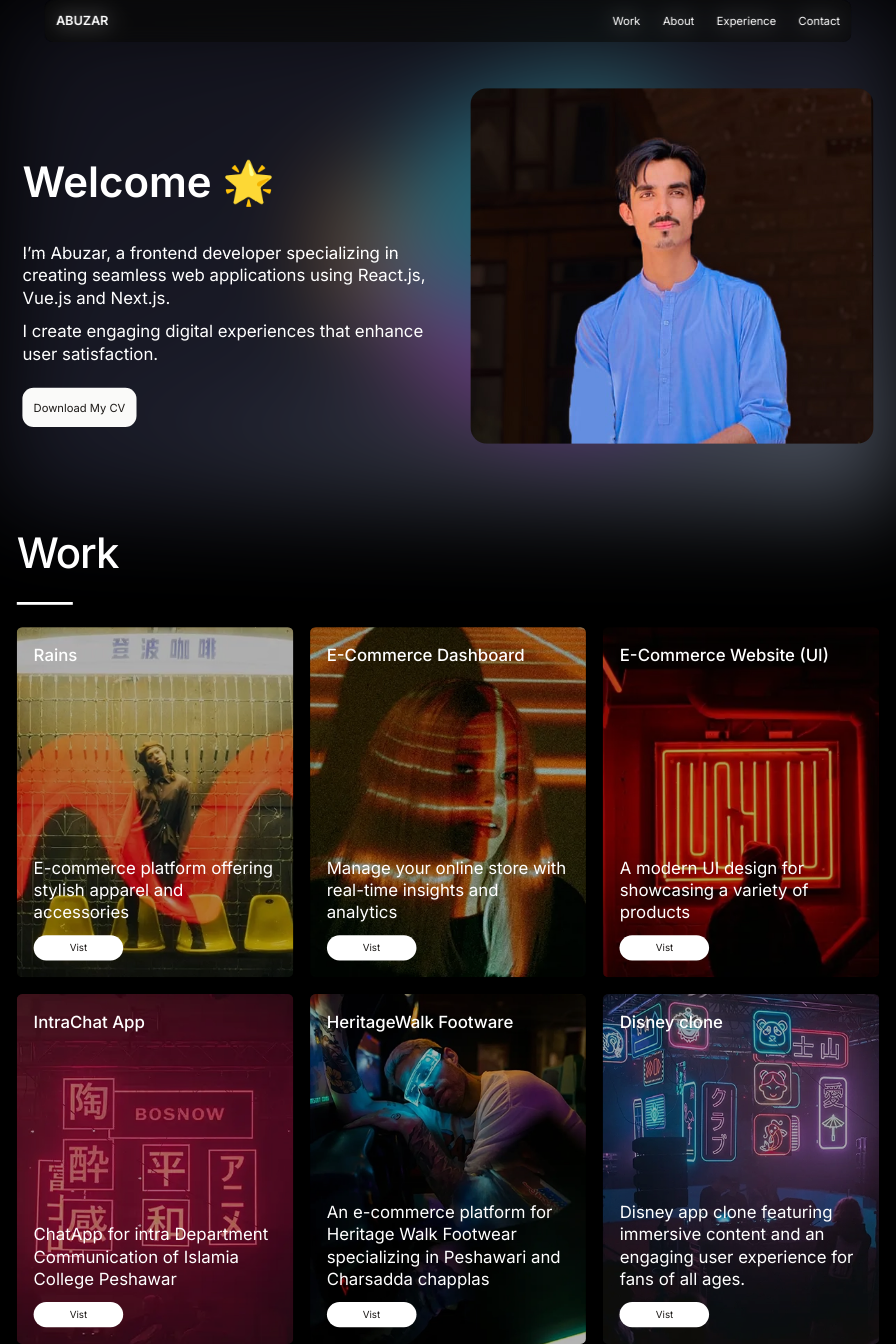
Repository: xarrkhan001/Abuzar-NewPortfolio-Framermotion
Page: /
An editor plug-in stored every save of this project. The page is shown before and after the next save, followed by the edit.
The browser window is 1280 px wide. The pictures show the part of the page from y = 0 to 1920 px (the page is 4220 px tall), at 70% of full size.
The project was rebuilt for these pictures with package versions that can differ from the ones it lists, and the page was loaded fresh each time. Some packages were replaced by stand-ins written for this rebuild. Also part of the build but not shown: vite.config.js. Imported but missing from the stored project, and not drawn on this page: src/assets/abuzar01-Cv....pdf.

Above is the page before, as saved 2025-03-02 11:13:42.

After the next save:
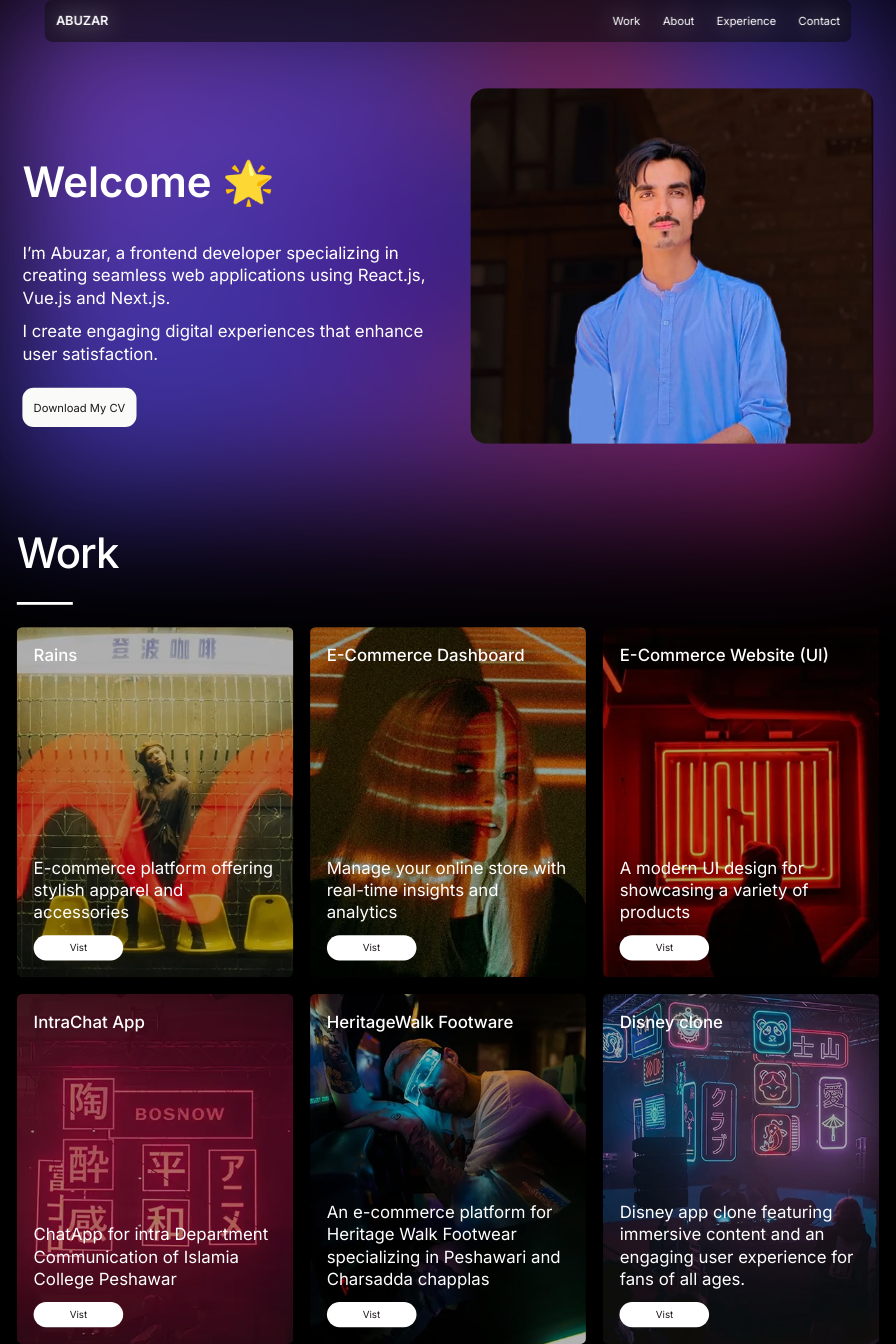
Saved 6 min 34 s later.
--- a/src/components/BlurBackground.jsx
+++ b/src/components/BlurBackground.jsx
@@ -4,43 +4,43 @@ import React from "react";
 const BlurBackground = () => {
   const circleVariants = {
     animate1: {
-      scale: [1, 1.05, 1],
-      x: [0, 60, 0],
-      y: [0, 30, 0],
-      rotateZ: [0, 12, 0],
+      scale: [1, 1.2, 1],
+      x: [0, 100, 0],
+      y: [0, 50, 0],
+      rotateZ: [0, 45, 0],
+      transition: {
+        duration: 2,
+        repeat: Infinity,
+        ease: "easeInOut",
+      },
+    },
+    animate2: {
+      scale: [1, 1.1, 1],
+      x: [0, 120, 0],
+      y: [0, -60, 0],
+      rotateZ: [0, -45, 0],
+      transition: {
+        duration: 2,
+        repeat: Infinity,
+        ease: "easeInOut",
+      },
+    },
+    animate3: {
+      scale: [1, 1.3, 1],
+      x: [0, 140, 0],
+      y: [0, 70, 0],
+      rotateZ: [0, 90, 0],
       transition: {
         duration: 3,
         repeat: Infinity,
         ease: "easeInOut",
       },
     },
-    animate2: {
-      scale: [1, 1.05, 1],
-      x: [0, 80, 0],
-      y: [0, -40, 0],
-      rotateZ: [0, -12, 0],
-      transition: {
-        duration: 3,
-        repeat: Infinity,
-        ease: "easeInOut",
-      },
-    },
-    animate3: {
-      scale: [1, 1.1, 1],
-      x: [0, 100, 0],
-      y: [0, 50, 0],
-      rotateZ: [0, 15, 0],
-      transition: {
-        duration: 4,
-        repeat: Infinity,
-        ease: "easeInOut",
-      },
-    },
     animate4: {
-      scale: [1, 1.1, 1],
-      x: [0, 120, 0],
-      y: [0, -60, 0],
-      rotateZ: [0, -15, 0],
+      scale: [1, 1.4, 1],
+      x: [0, 160, 0],
+      y: [0, -80, 0],
+      rotateZ: [0, -90, 0],
       transition: {
         duration: 4,
         repeat: Infinity,
@@ -48,23 +48,23 @@ const BlurBackground = () => {
       },
     },
     animate5: {
-      scale: [1, 1.12, 1],
-      x: [0, 140, 0],
-      y: [0, 70, 0],
-      rotateZ: [0, 20, 0],
+      scale: [1, 1.5, 1],
+      x: [0, 180, 0],
+      y: [0, 90, 0],
+      rotateZ: [0, 135, 0],
       transition: {
-        duration: 4,
+        duration: 3,
         repeat: Infinity,
         ease: "easeInOut",
       },
     },
     animate6: {
-      scale: [1, 1.15, 1],
-      x: [0, 160, 0],
-      y: [0, -80, 0],
-      rotateZ: [0, -20, 0],
+      scale: [1, 1.6, 1],
+      x: [0, 200, 0],
+      y: [0, -100, 0],
+      rotateZ: [0, -135, 0],
       transition: {
-        duration: 4,
+        duration: 3,
         repeat: Infinity,
         ease: "easeInOut",
       },
@@ -73,36 +73,36 @@ const BlurBackground = () => {
 
   return (
     <div
-      className="fixed top-0 left-0 w-full h-full overflow-hidden -z-10 pointer-events-none flex justify-center items-center
-       bg-gradient-to-br from-[#1c1c2b] via-[#2b2d42] to-[#8d99ae] filter blur-[70px] opacity-60"
+      className="fixed top-0 left-0 w-full h-full overflow-hidden -z-10 pointer-events-none flex
+       justify-center items-center filter blur-[100px] opacity-70 bg-gradient-to-br from-purple-500 via-indigo-600 to-pink-600"
     >
       <motion.div
-        className="bg-gradient-to-r from-[#e3e4e8] to-[#d5e1df] w-[350px] h-[250px] rounded-full absolute shadow-lg"
+        className="bg-gradient-to-r from-blue-500 to-green-400 w-[350px] h-[250px] rounded-full absolute shadow-lg"
         variants={circleVariants}
         animate="animate1"
       />
       <motion.div
-        className="bg-gradient-to-r from-[#f3a847] to-[#f1d84d] w-[360px] h-[260px] rounded-full absolute shadow-xl"
+        className="bg-gradient-to-r from-red-500 to-yellow-500 w-[360px] h-[260px] rounded-full absolute shadow-xl"
         variants={circleVariants}
         animate="animate2"
       />
       <motion.div
-        className="bg-gradient-to-r from-[#1e80b5] to-[#2bced4] w-[370px] h-[270px] rounded-full absolute shadow-2xl"
+        className="bg-gradient-to-r from-teal-500 to-cyan-600 w-[370px] h-[270px] rounded-full absolute shadow-2xl"
         variants={circleVariants}
         animate="animate3"
       />
       <motion.div
-        className="bg-gradient-to-r from-[#9e4e97] to-[#c74b84] w-[380px] h-[280px] rounded-full absolute shadow-2xl"
+        className="bg-gradient-to-r from-orange-500 to-pink-600 w-[380px] h-[280px] rounded-full absolute shadow-3xl"
         variants={circleVariants}
         animate="animate4"
       />
       <motion.div
-        className="bg-gradient-to-r from-[#ff64d4] to-[#8b3ff2] w-[390px] h-[290px] rounded-full absolute shadow-3xl"
+        className="bg-gradient-to-r from-yellow-600 to-red-600 w-[390px] h-[290px] rounded-full absolute shadow-4xl"
         variants={circleVariants}
         animate="animate5"
       />
       <motion.div
-        className="bg-gradient-to-r from-[#37a2c2] to-[#4c9fb2] w-[400px] h-[300px] rounded-full absolute shadow-3xl"
+        className="bg-gradient-to-r from-purple-700 to-blue-800 w-[400px] h-[300px] rounded-full absolute shadow-5xl"
         variants={circleVariants}
         animate="animate6"
       />
